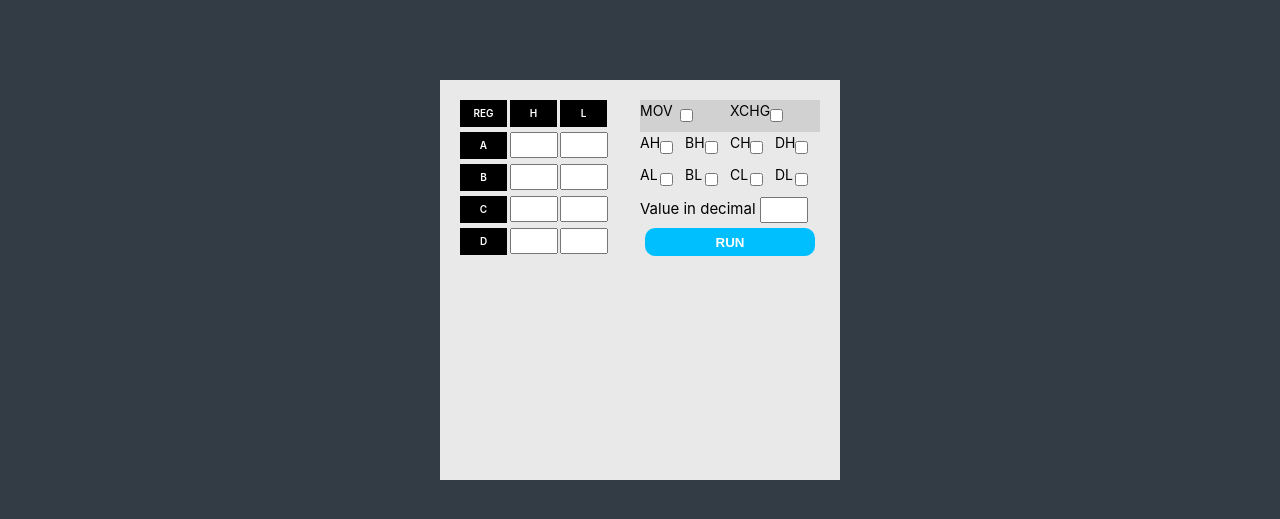
Repository: piookr-wsei/8086
Page: /
An editor plug-in stored every save of this project. The page is shown before and after the next save, followed by the edit.
The browser window is 1280 px wide. The pictures show the whole page.
The project was rebuilt for these pictures with package versions that can differ from the ones it lists, and the page was loaded fresh each time.

Above is the page before, as saved 2022-06-18 21:56:38.

After the next save:
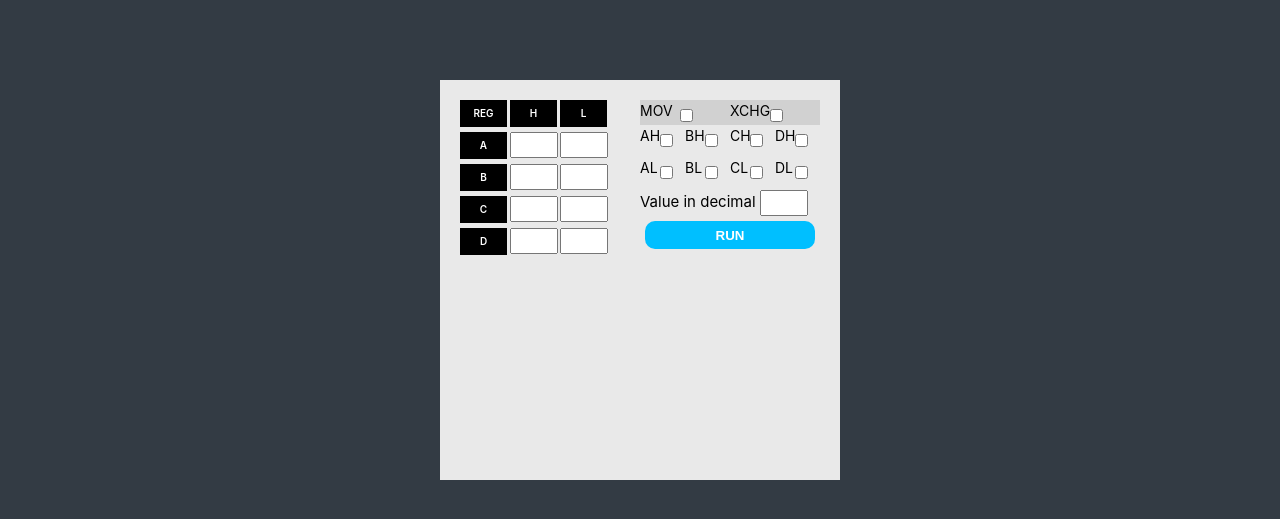
Saved 28 s later.
--- a/src/Components/Components.elements.js
+++ b/src/Components/Components.elements.js
@@ -41,7 +41,7 @@ export const SettingsWrapper = styled.div`
     //border: solid 1px black;
     font-size: 14px;
     line-height: 22px;
-    grid-template-rows: 32px 64px repeat(auto-fit, 32px);
+    grid-template-rows: 25px 64px repeat(auto-fit, 32px);
 `
 
 export const RegDescSC = styled.div`
